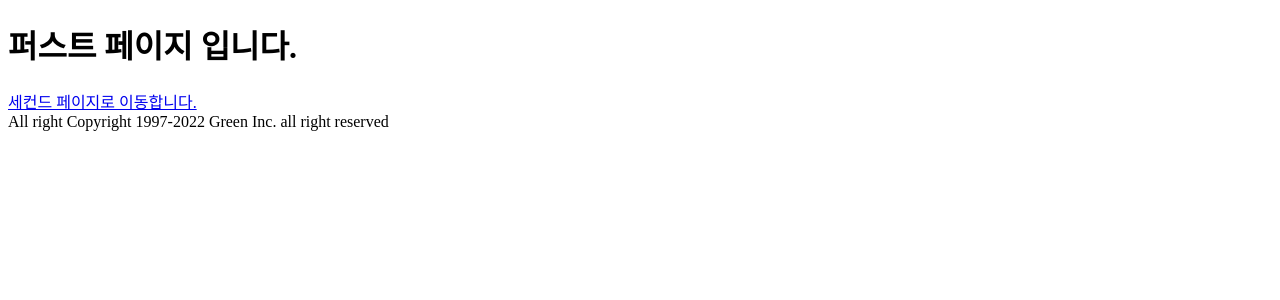
Repository: YooMyeongSeon/JSP_Servlet_Study
Page: http://localhost/web03/Ex_FistPage.jsp
An editor plug-in stored every save of this project. The page is shown before and after the next save, followed by the edit.
The browser window is 1280 px wide. The pictures show the whole page.
The page is served by Tomcat 9.

Above is the page before, as saved 2022-06-08 03:40:29.

### web03/WebContent/Ex_FistPage.jsp
<%@ page language="java" contentType="text/html; charset=UTF-8"
    pageEncoding="UTF-8"%>
<!DOCTYPE html>
<html>
<head>
<meta charset="UTF-8">
<title>Insert title here</title>
</head>
<body>
	<h1>퍼스트 페이지 입니다.</h1>
	<a href="./Ex_SecondPage.jsp">세컨드 페이지로 이동합니다.</a><br>
	<footer>
		All right Copyright 1997-2022 Green Inc. all right reserved<br>
	</footer>
</body>
</html>

After the next save:
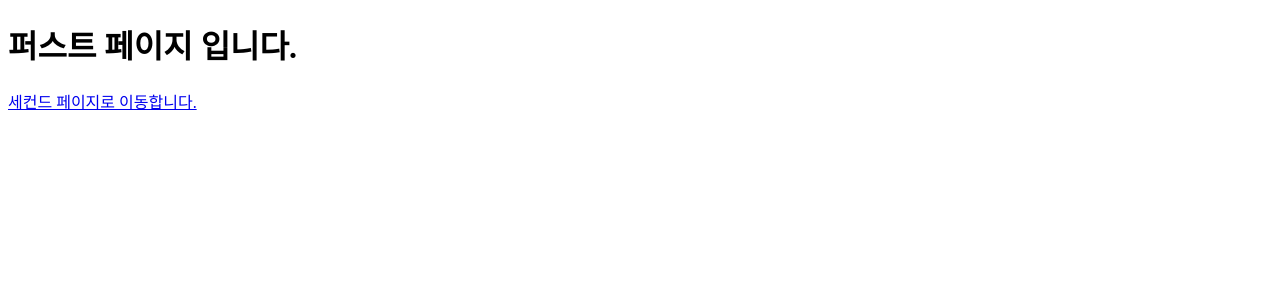
Saved 9 s later.
--- a/web03/WebContent/Ex_FistPage.jsp
+++ b/web03/WebContent/Ex_FistPage.jsp
@@ -9,8 +9,5 @@
 <body>
 	<h1>퍼스트 페이지 입니다.</h1>
 	<a href="./Ex_SecondPage.jsp">세컨드 페이지로 이동합니다.</a><br>
-	<footer>
-		All right Copyright 1997-2022 Green Inc. all right reserved<br>
-	</footer>
 </body>
 </html>
